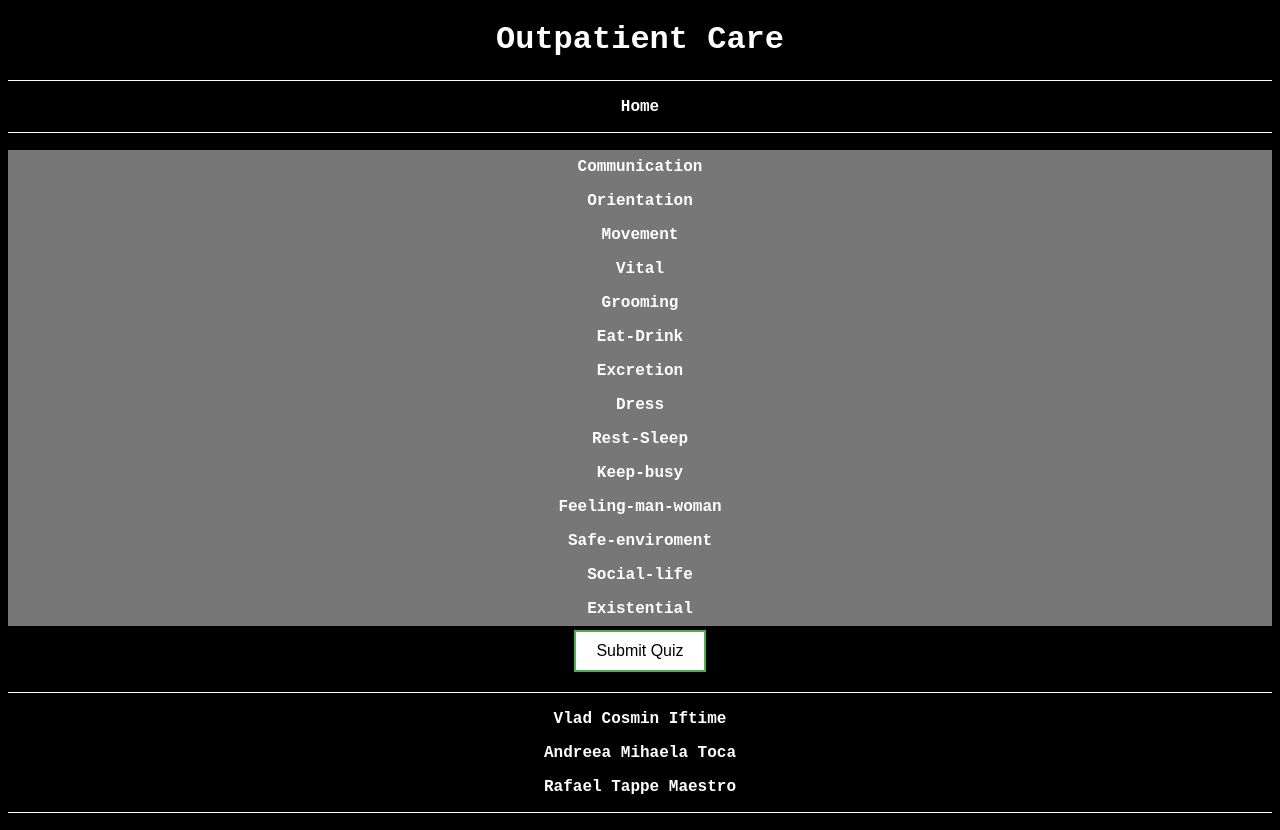
Repository: VladIftime/KnowledgeTechnology2019
Page: src/front/index.html
The author's editor kept a copy of each file at every save. The page is drawn from the files as they stood at one save, then again after a run of saves.
The browser window is 1280 px wide. The pictures show the whole page.

Above is the page before, as saved 2020-01-11 20:36:42.

After the next 3 saves:
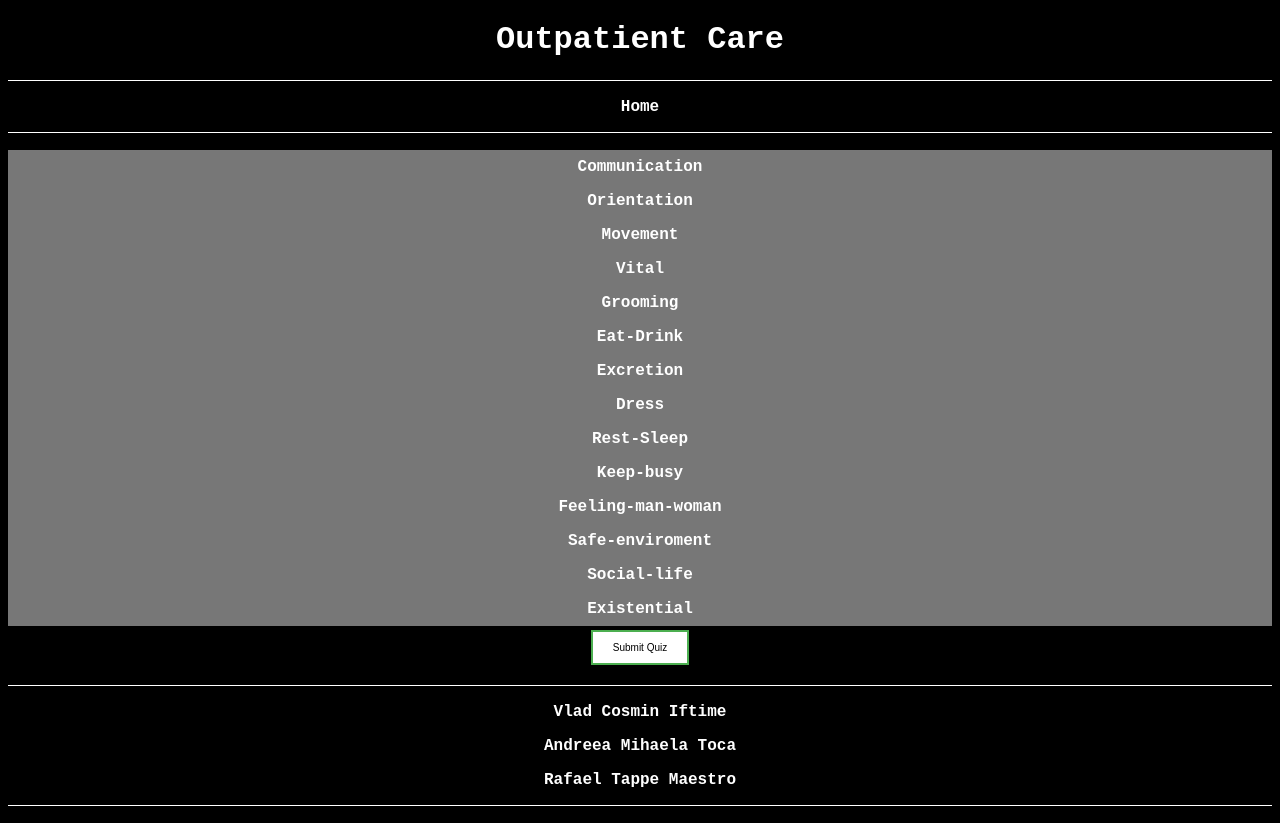
The 3 saves are shown as one change because they came seconds apart.
The last was saved 14 s later.
--- a/src/front/style.css
+++ b/src/front/style.css
@@ -117,7 +117,7 @@ hr {
     text-align: center;
     text-decoration: none;
     display: inline-block;
-    font-size: 100%;
+    font-size: 10px;
     margin: 4px 2px;
     -webkit-transition-duration: 0.4s; /* Safari */
     transition-duration: 0.4s;
